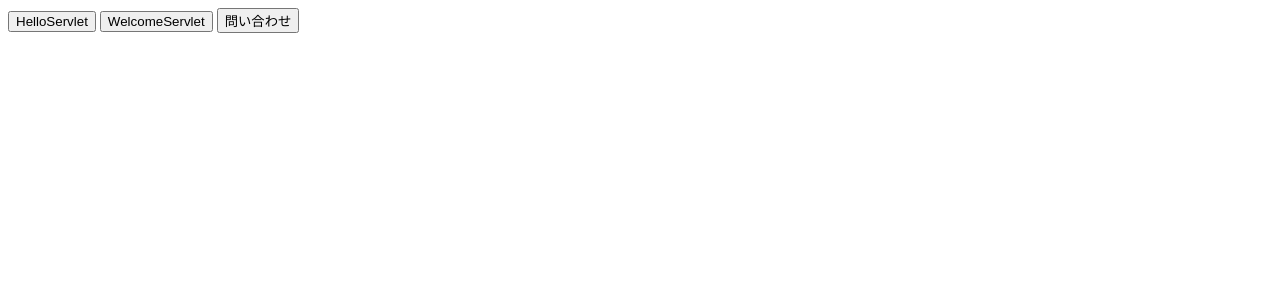
Repository: takakuni-4747/test
Page: http://localhost/HelloServlet/
The author's editor kept a copy of each file at every save. The page is drawn from the files as they stood at one save, then again after the next save.
The browser window is 1280 px wide. The pictures show the whole page.
The page is served by Tomcat 9.

Above is the page before, as saved 2018-03-09 02:31:40.

After the next save:
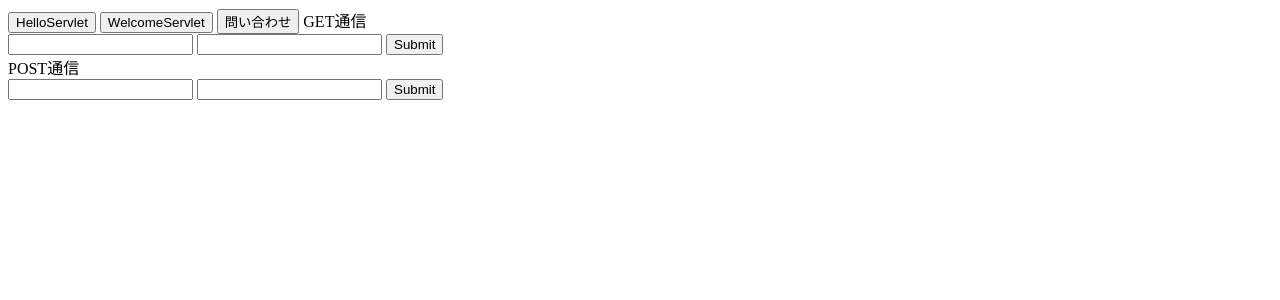
Saved 96 min 5 s later.
--- a/HelloServlet/WebContent/index.jsp
+++ b/HelloServlet/WebContent/index.jsp
@@ -10,5 +10,17 @@
 <input type="button"value="HelloServlet"onClick="location.href='HelloServlet'">
 <input type="button"value="WelcomeServlet" onClick="location.href='welcome.jsp'">
 <input type="button"value="問い合わせ"onClick="location.href='inquiry.jsp'">
+GET通信
+<form method="get"action="TestServlet">
+<input type="text"name="username">
+<input type="password"name="password">
+<input type="submit"name="送信">
+</form>
+POST通信
+<form method="post"action="Testservlet">
+<input type="text"name="username">
+<input type="password"name="password">
+<input type="submit"name="送信">
+</form>
 </body>
 </html>
